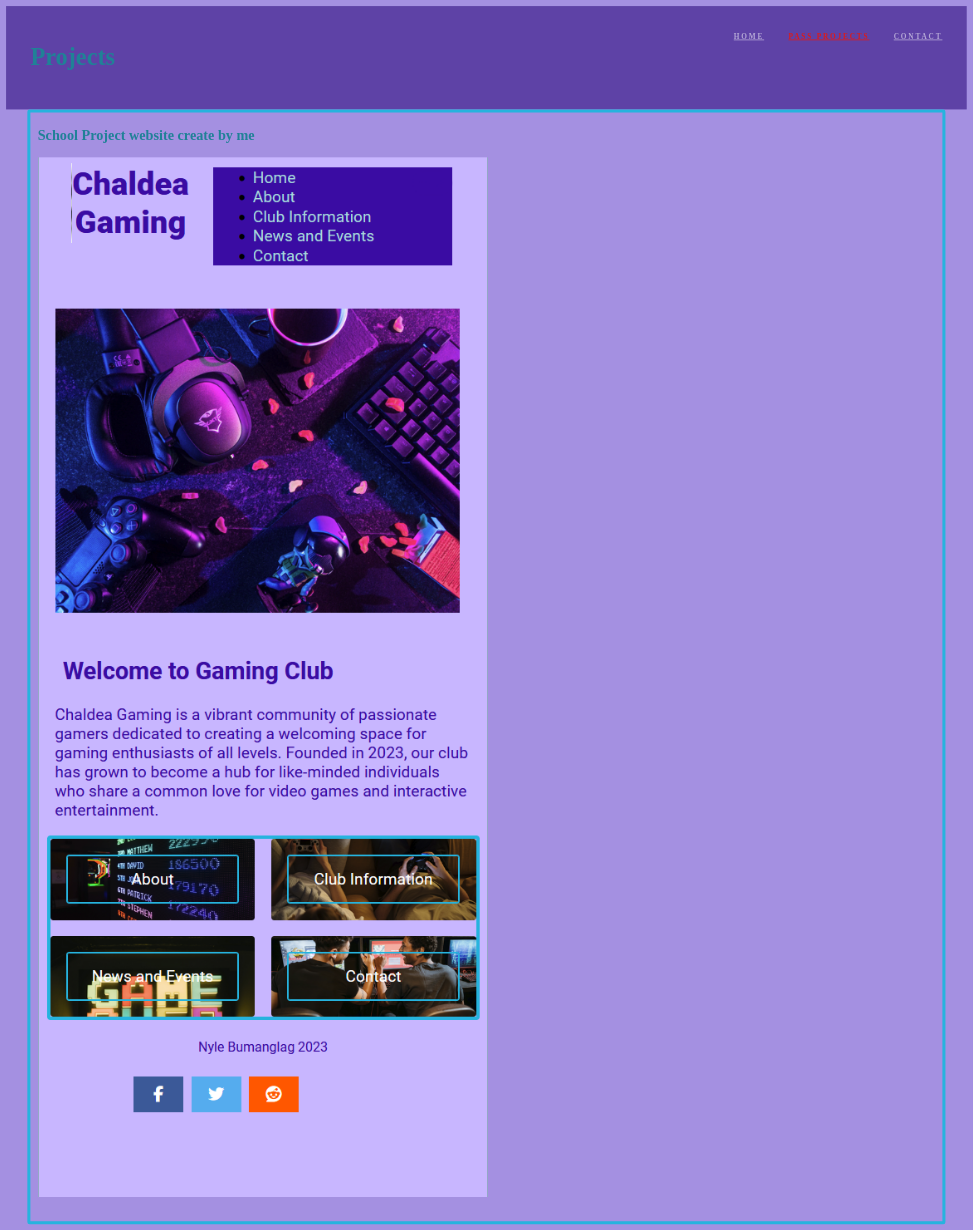
Repository: NyleNC/main
Page: projects.html
The author's editor kept a copy of each file at every save. The page is drawn from the files as they stood at one save, then again after the next save.
The browser window is 1280 px wide. The pictures show the whole page, at 76% of full size.

Above is the page before, as saved 2024-11-07 00:39:15.

### projects.html
<!DOCTYPE html>
<html lang="en">
<head>
    <meta charset="UTF-8">
    <meta name="viewport" content="width=device-width, initial-scale=1.0">
    <title>Nyle Bumanglag</title>
    <link rel="stylesheet" href="style.css">
</head>
<header id="header"><h1>Projects</h1>
    <nav>
        <ul>
            <li><a href="index.html">Home</a></li>
            <li><a href="projects.html" class="active">Pass Projects</a></li>
            <li><a href="Contact.html">Contact</a></li>
        </ul>
    </nav>
</header>
<body>
    <section >
        <div class="container">
            <div >
            <h3>School Project website create by me </h3>
            <img src="Images/website.png" alt="website"class="image-fit" >
        </div>
        </div>



    </section>
</body>
</html>

### style.css
body{
    background: #a490e1;
    color: rgb(32, 129, 151);
}
#header {
display: -moz-flex;
display: -webkit-flex;
display: -ms-flex;
display: flex;
background-color: #5e42a6;
cursor: default;
padding: 1.75em 2em;
}

#header > .title {
border: 0;
color: #ffffff;
 display: block;
font-size: 1.25em;
font-weight: bold;
}

#header > nav {
-moz-flex: 1;
-webkit-flex: 1;
-ms-flex: 1;
flex: 1;
text-align: right;
}
 #header > nav > ul {
 margin: 0;
padding: 0;
}

 #header > nav > ul > li {
 display: inline-block;
margin-left: 1.75em;
 padding: 0;
vertical-align: middle;
}

#header > nav > ul > li:first-child {
margin-left: 0;
}

#header > nav > ul > li a {
  border: 0;
color: rgba(255, 255, 255, 0.542);
display: inline-block;
 font-size: 0.6em;
font-weight: bold;
letter-spacing: 0.25em;
text-transform: uppercase;
}
 #header > nav > ul > li a:hover {
color: rgb(144, 225, 164)
}
#header > nav > ul > li a.active {
color: #dd1a1a;
}

.image-fit {
 display: block;
 margin: 0 0 2em 0;
 width: 100%;
}
 .container{
    margin: 0 auto;
    gap: 1em;
    display: grid;
    grid-template-columns:  1fr 1fr;
	width: 95%;
    height: auto;
    border: 4px solid #26b3de;
    border-radius:3px;
}
.container h3 , img{
    padding-left: 10px;
}

After the next save:
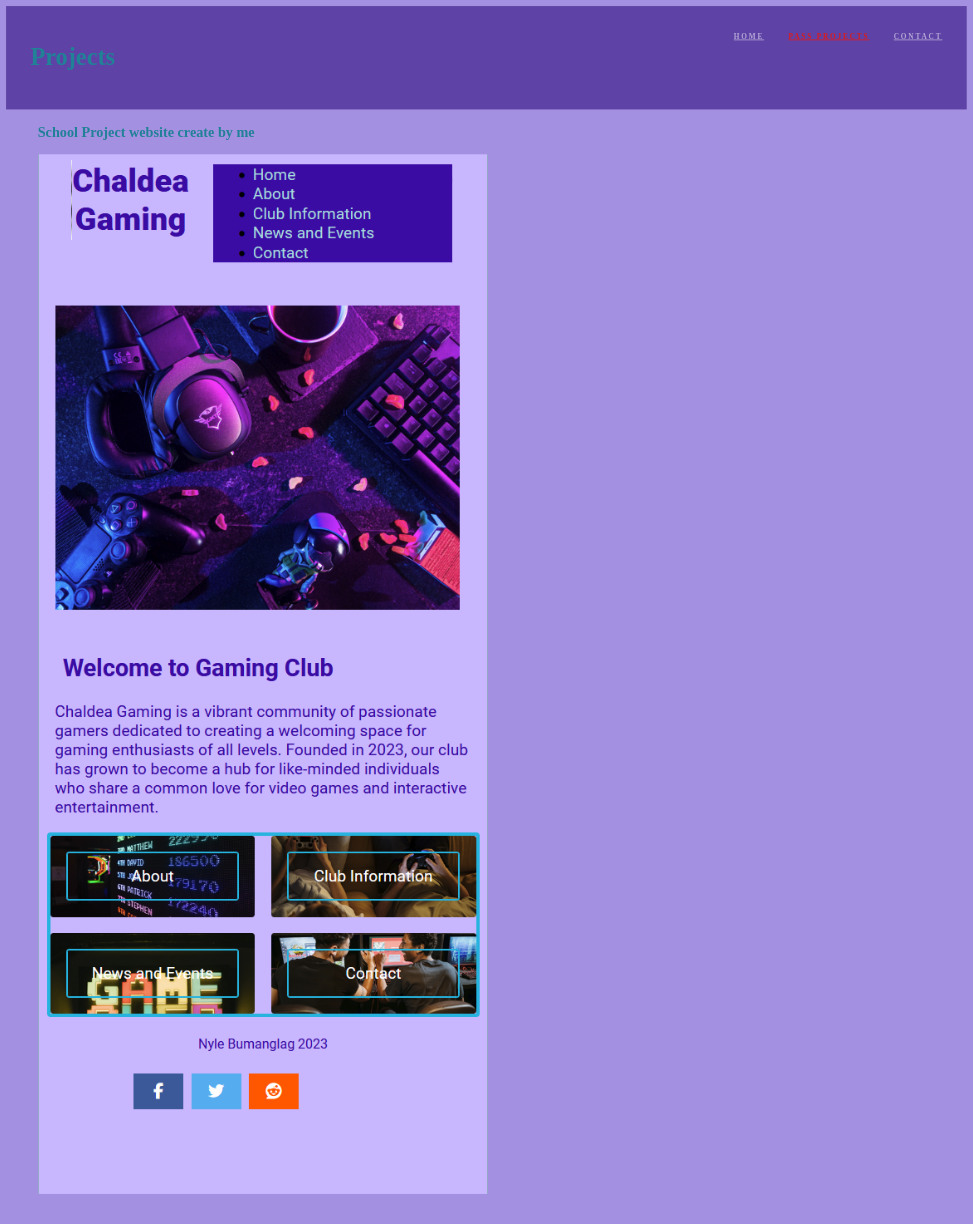
Saved 11 s later.
--- a/style.css
+++ b/style.css
@@ -71,8 +71,7 @@ color: #dd1a1a;
     grid-template-columns:  1fr 1fr;
 	width: 95%;
     height: auto;
-    border: 4px solid #26b3de;
-    border-radius:3px;
+
 }
 .container h3 , img{
     padding-left: 10px;
